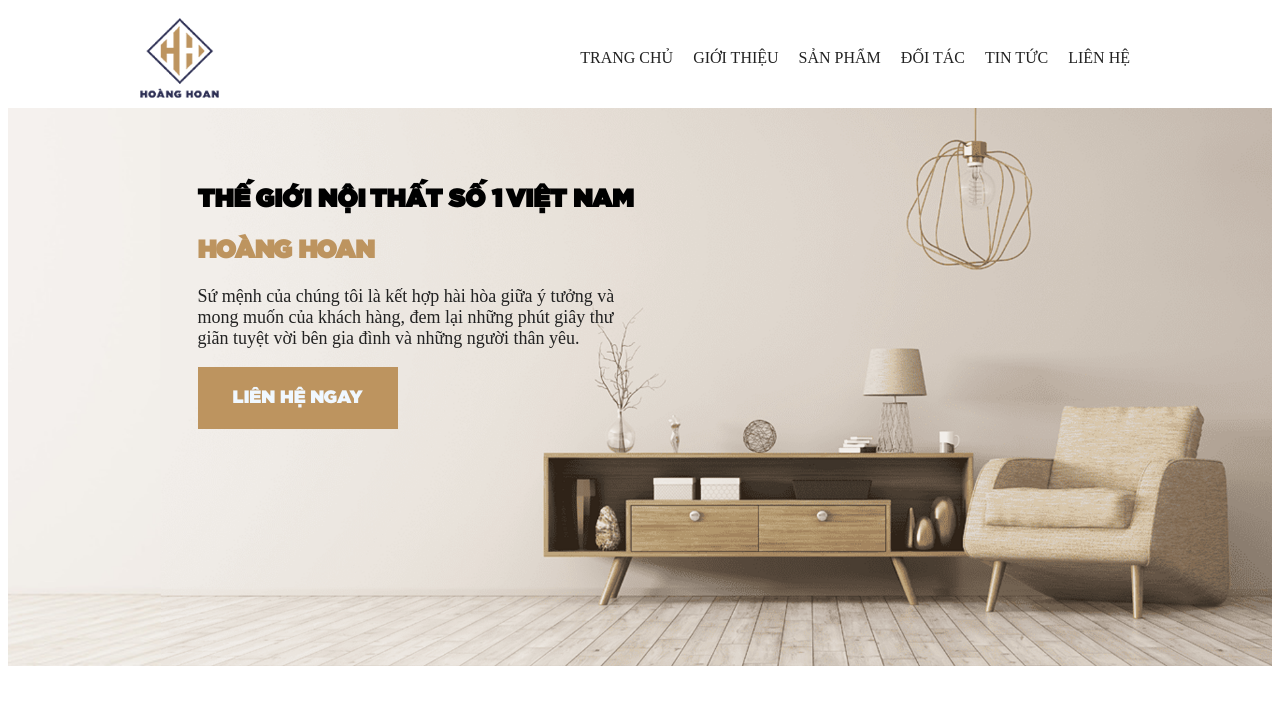
Repository: LDDUNG2003/front_end
Page: index.html
An editor plug-in stored every save of this project. The page is shown before and after the next save, followed by the edit.
The browser window is 1280 px wide. The pictures show the whole page.

Above is the page before, as saved 2023-08-28 22:20:36.

### index.html
<!DOCTYPE html>
<html lang="en">

<head>
    <meta charset="UTF-8">
    <meta name="viewport" content="width=device-width, initial-scale=1.0">
    <title>Document</title>
    <link rel="stylesheet" href="./public/css/base.css">
    <link rel="stylesheet" href="./public/css/home.css">
</head>

<body>
    <div class="main">
        <div class="header">
            <div class="navBar">
                <img src="./public/img/logo.png" alt="logo" class="logo">
                <ul class="navBar__list">
                    <li class="navBar__list-item"><a href="" class="navBar__list--link">trang chủ</a></li>
                    <li class="navBar__list-item">
                        <a href="" class="navBar__list--link">giới thiệu</a>
                    </li>
                    <li class="navBar__list-item">
                        <a href="" class="navBar__list--link">sản phẩm</a>
                    </li>
                    <li class="navBar__list-item">
                        <a href="" class="navBar__list--link">đối tác</a>
                    </li>
                    <li class="navBar__list-item">
                        <a href="" class="navBar__list--link">tin tức</a>
                    </li>
                    <li class="navBar__list-item">
                        <a href="" class="navBar__list--link">liên hệ</a>
                    </li>
                </ul>
            </div>
        </div>
        <div class="content">
            <div class="content__banner">
                <div class="content--list-image">
                    <img class="content--image" src="./public/img/banner.png" alt="">
                </div>
                <div class="banner--content">
                    <h2 class="banner--content-text-title">THẾ GIỚI NỘI THẤT SỐ 1 VIỆT NAM</h2>
                    <h2 class="banner--content-text-title" style="color: var(--primary-color)">hoàng hoan</h2>
                    <p class="banner--content-text">Sứ mệnh của chúng tôi là kết hợp hài hòa giữa ý tưởng và mong muốn của khách hàng, đem lại những phút giây thư giãn tuyệt vời bên gia đình và những người thân yêu.</p>
                    <button class="banner--button">LIÊN HỆ NGAY</button>
                </div>
            </div>
            <div class="footer"></div>
        </div>
</body>

</html>

### public/css/base.css
:root {
    --primary-color: #bd945f;
    --text-color: #222222;
}


/* font setting */

@font-face {
    font-family: "gotham-family";
    src: url(../front/Gotham-Medium.otf);
    font-family: "gotham-linear";
    src: url(../front/Gotham-Thin.otf);
    font-family: "gotham-utral";
    src: url(../front/Gotham-Ultra.otf);
}

* {
    font-family: "gotham-family";
}

.main {
    width: 100%;
}

.header {
    padding: 10px 0px;
    margin: auto;
    width: 100%;
    max-width: 1000px;
}

.navBar {
    display: flex;
    width: 100%;
    justify-content: space-between;
}

.logo {
    height: 80px;
}

.navBar__list {
    display: flex;
    list-style: none;
    align-items: center;
}

.navBar__list-item {
    margin: 0 10px;
}

.navBar__list--link {
    text-transform: uppercase;
    font-size: 16px;
    color: var(--text-color);
    text-decoration: none;
}

### public/css/home.css
.content {
    width: 100%;
    max-width: 1300px;
    margin: auto;
}

.content__banner {
    width: 100%;
    position: relative;
}

.content--list-image {
    width: 100%;
    max-width: 1300px;
    margin: auto;
}

.content--image {
    width: 100%;
}

.banner--content {
    position: absolute;
    top: 10%;
    left: 15%;
}

.banner--content-text-title {
    text-transform: uppercase;
    font-family: 800;
    font-family: "gotham-utral";
    font-size: 25px;
}

.banner--content-text {
    font-size: 18px;
    color: var(--text-color);
    width: 420px;
}

.banner--button {
    width: 200px;
    padding: 20px 0px;
    color: aliceblue;
    background-color: var(--primary-color);
    border: none;
    font-family: "gotham-utral";
    font-size: 18px;
    cursor: pointer;
}

After the next save:
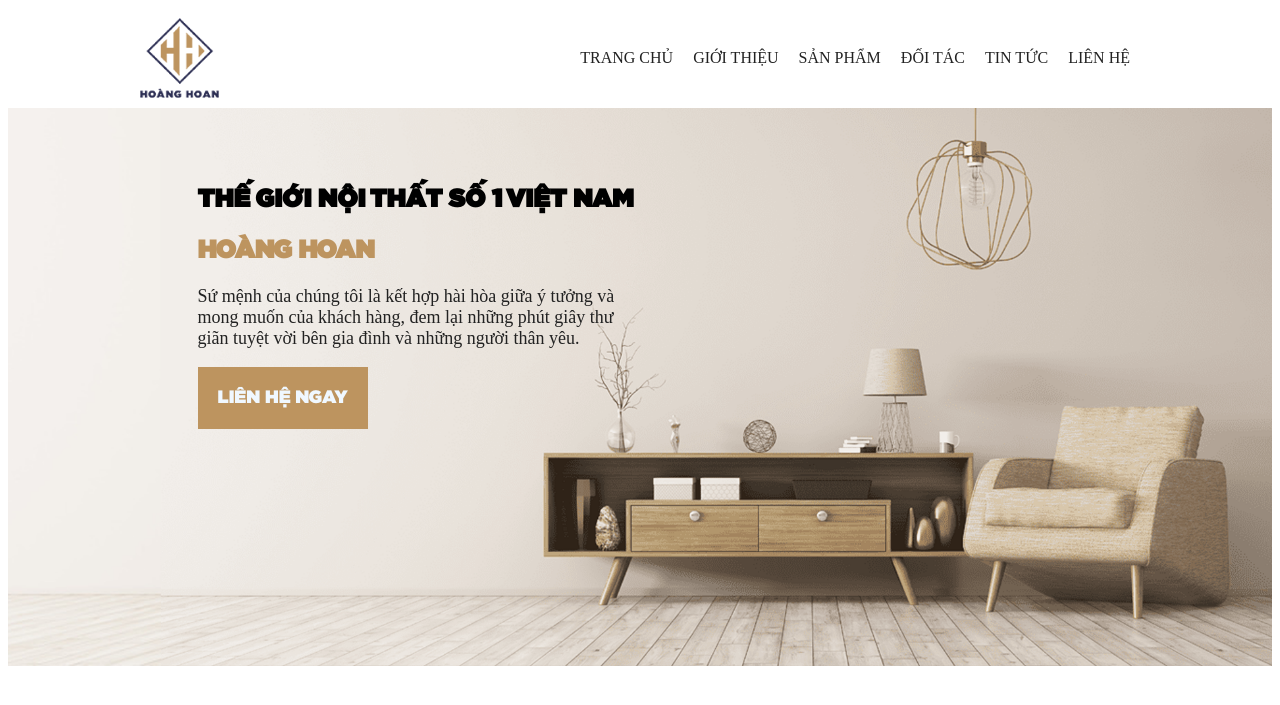
Saved 7 s later.
--- a/public/css/home.css
+++ b/public/css/home.css
@@ -39,8 +39,8 @@
 }
 
 .banner--button {
-    width: 200px;
-    padding: 20px 0px;
+    /* width: 200px; */
+    padding: 20px;
     color: aliceblue;
     background-color: var(--primary-color);
     border: none;
